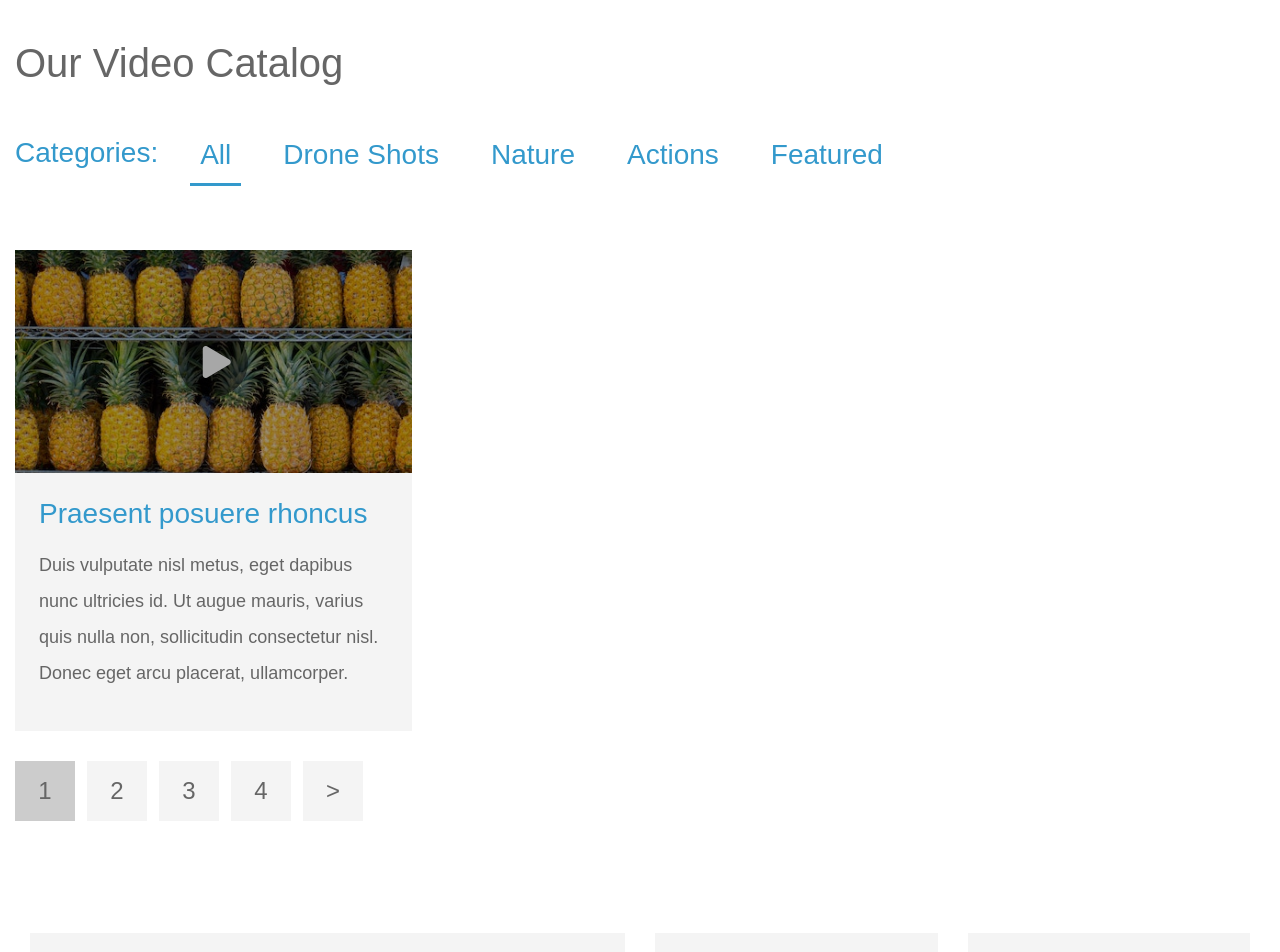
Repository: Marhamat92/PCAT-project-with-node-backend
Page: http://localhost/
An editor plug-in stored every save of this project. The page is shown before and after a run of saves, followed by the edit.
The browser window is 1280 px wide. The pictures show the part of the page from y = 761 to 1713 px (the page is 2277 px tall before and 1767 px after).
Some web fonts or font styles are not loaded; a fallback is used. The page is served by the project's Node server (app.js). Queries for data that is not in the repository find no rows.

Above is the page before, as saved 2023-02-21 18:50:51.

After the next 2 saves:
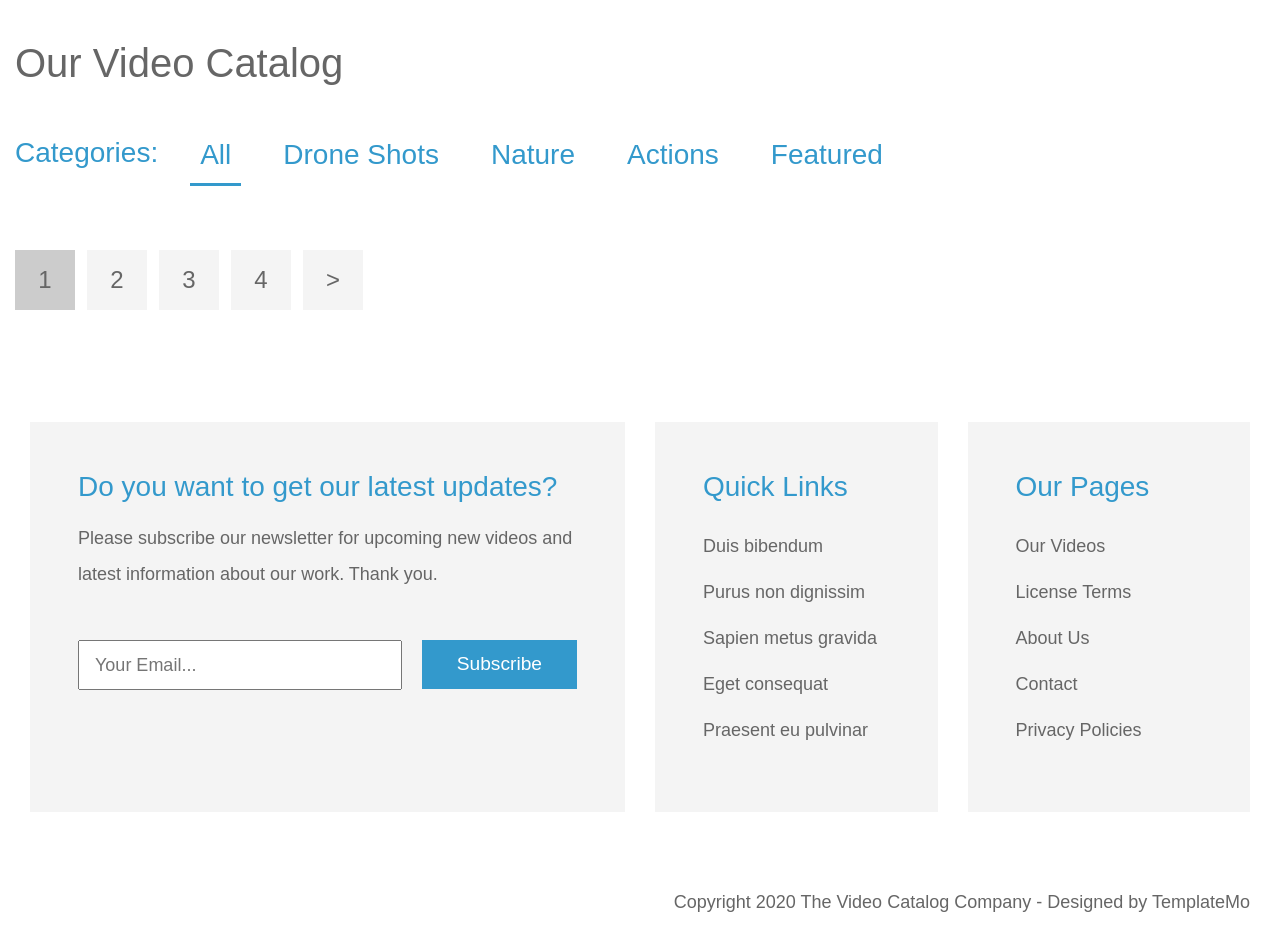
The 2 saves are shown as one change because 1 did not build or start.
The last was saved 11 min 37 s later.
--- a/views/index.ejs
+++ b/views/index.ejs
@@ -51,21 +51,28 @@
                         </div>
 
                         <div class="row tm-catalog-item-list">
-                            <div class="col-lg-4 col-md-6 col-sm-12 tm-catalog-item">
-                                <div class="position-relative tm-thumbnail-container">
-                                    <img src="img/tn-05.jpg" alt="Image" class="img-fluid tm-catalog-item-img">
-                                    <a href="video-page.html" class="position-absolute tm-img-overlay">
-                                        <i class="fas fa-play tm-overlay-icon"></i>
-                                    </a>
+
+                            <% for(let i=0; i<photos.length; i++) { %>
+
+                                <div class="col-lg-4 col-md-6 col-sm-12 tm-catalog-item">
+                                    <div class="position-relative tm-thumbnail-container">
+                                        <img src="img/tn-05.jpg" alt="Image" class="img-fluid tm-catalog-item-img">
+                                        <a href="video-page.html" class="position-absolute tm-img-overlay">
+                                            <i class="fas fa-play tm-overlay-icon"></i>
+                                        </a>
+                                    </div>
+                                    <div class="p-4 tm-bg-gray tm-catalog-item-description">
+                                        <h3 class="tm-text-primary mb-3 tm-catalog-item-title">
+                                            <%= photos[i].title %>
+                                        </h3>
+                                        <p class="tm-catalog-item-text">
+                                            <%= photos[i].description %>
+                                        </p>
+                                    </div>
                                 </div>
-                                <div class="p-4 tm-bg-gray tm-catalog-item-description">
-                                    <h3 class="tm-text-primary mb-3 tm-catalog-item-title">Praesent posuere rhoncus</h3>
-                                    <p class="tm-catalog-item-text">Duis vulputate nisl metus, eget dapibus nunc
-                                        ultricies
-                                        id. Ut augue mauris, varius quis nulla non, sollicitudin consectetur nisl. Donec
-                                        eget arcu placerat, ullamcorper.</p>
-                                </div>
-                            </div>
+
+                                <% } %>
+
                         </div>
 
                         <!-- Catalog Paging Buttons -->
